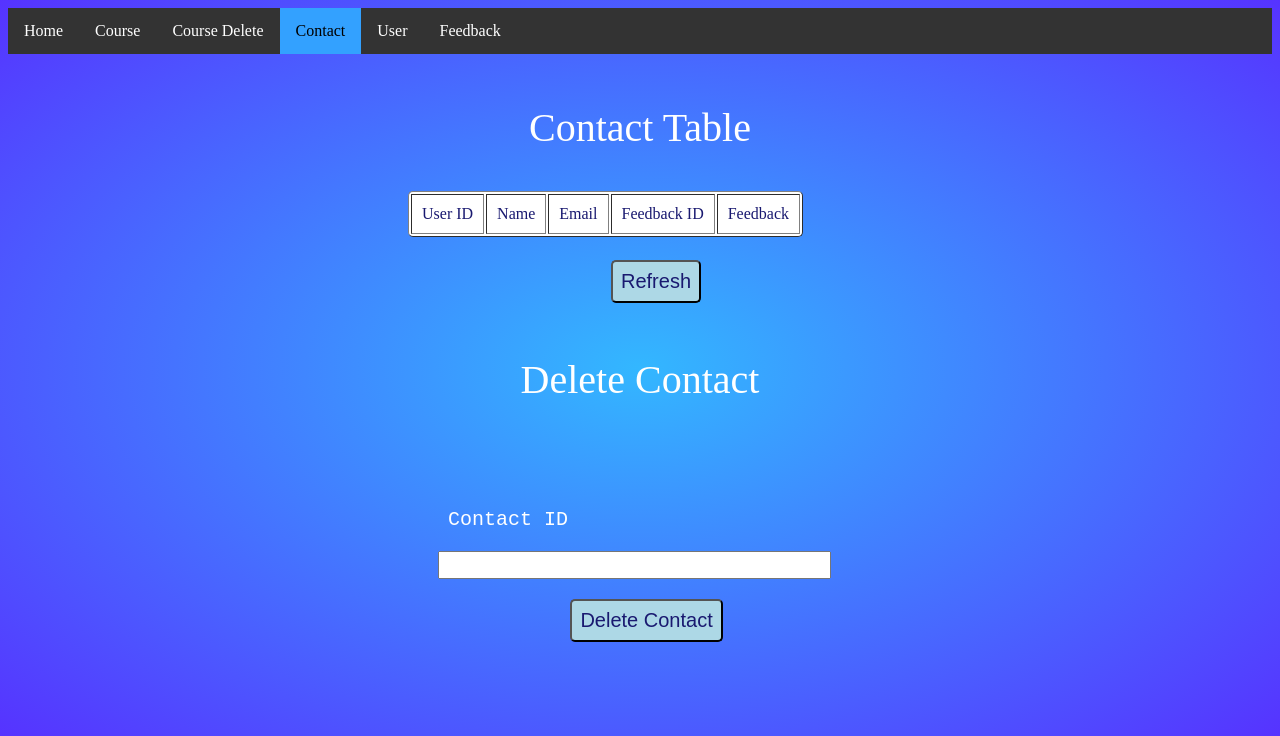
Repository: ShreyasG27/Amdocs-Training
Page: http://localhost/elearning-frontend/contactdisplay.jsp
The author's editor kept a copy of each file at every save. The page is drawn from the files as they stood at one save, then again after the next save.
The browser window is 1280 px wide. The pictures show the whole page.
The page is served by Tomcat 9. Nobody is signed in. The application's start-up code is not run. Queries for data that is not in the repository find no rows.

Above is the page before, as saved 2021-08-23 04:05:44.

After the next save:
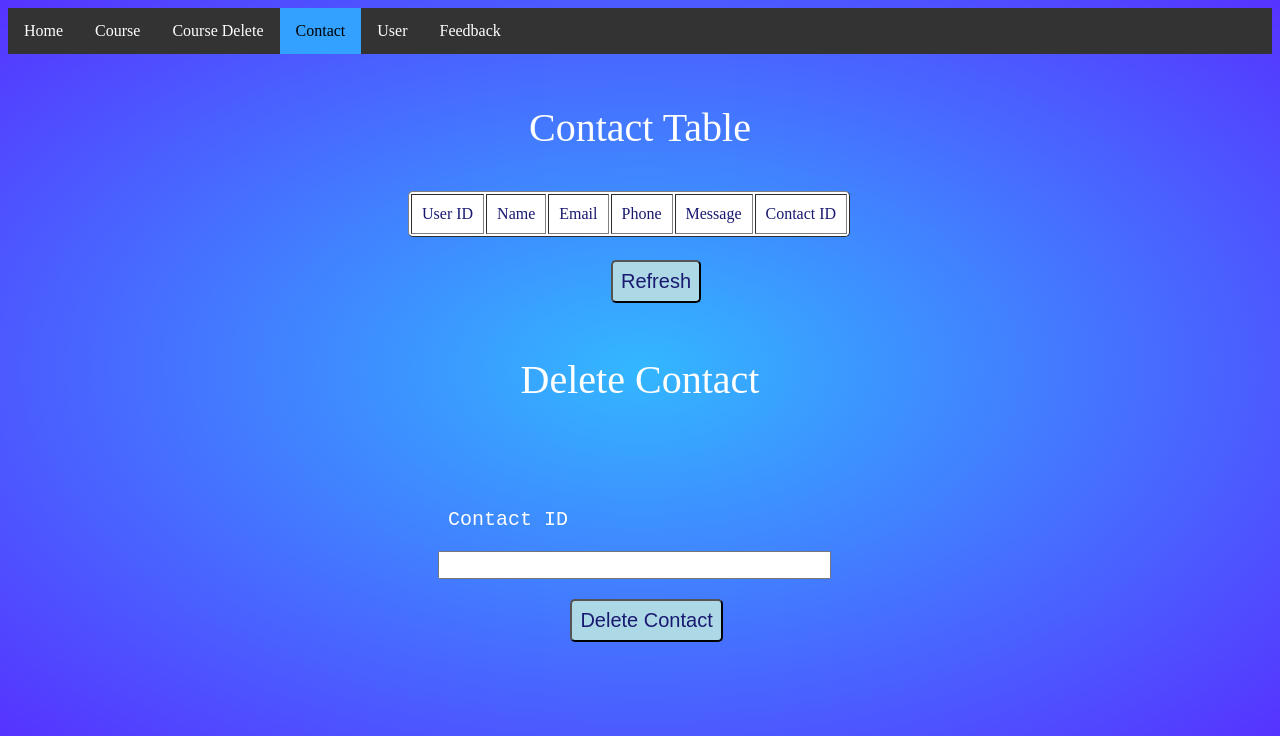
Saved 34 s later.
--- a/elearning-frontend/WebContent/contactdisplay.jsp
+++ b/elearning-frontend/WebContent/contactdisplay.jsp
@@ -154,8 +154,9 @@ rs = statement.executeQuery(QueryString);
 <TD>User ID</TD>
 <TD>Name</TD>
 <TD>Email</TD>
-<TD>Feedback ID</TD>
-<TD>Feedback</TD>
+<TD>Phone</TD>
+<TD>Message</TD>
+<TD>Contact ID</TD>
 </TR>
 <%
 while (rs.next()) {
